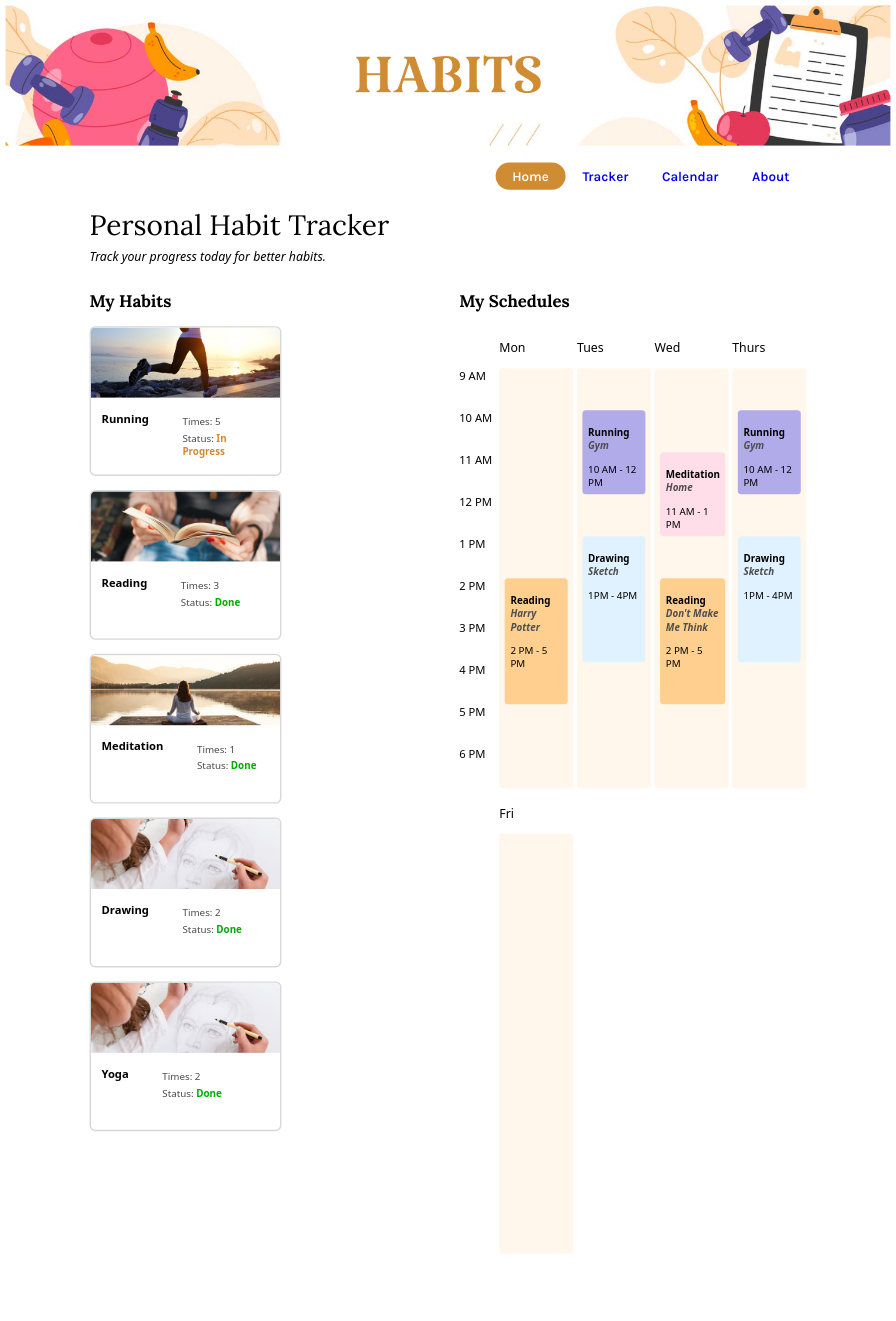
Repository: SandyLy453/habit-tracker
Page: http://localhost/
The author's editor kept a copy of each file at every save. The page is drawn from the files as they stood at one save, then again after the next save.
The browser window is 1280 px wide. The pictures show the whole page, at 70% of full size.
The page is served by the project's Node server (server.js).

Above is the page before, as saved 2025-03-14 21:00:54.

After the next save:
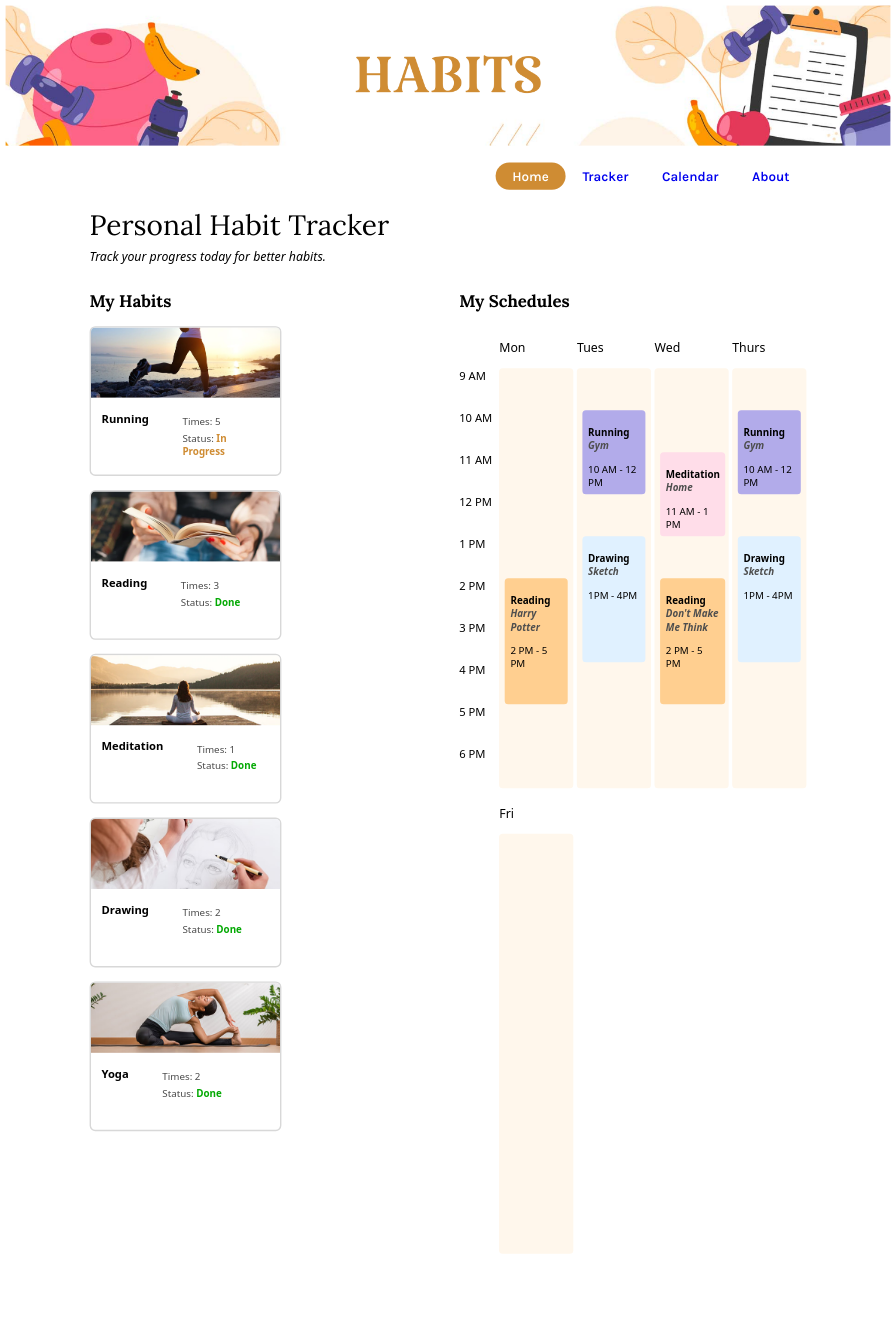
Saved 3 min 25 s later.
--- a/views/pages/home.ejs
+++ b/views/pages/home.ejs
@@ -66,7 +66,7 @@
                     </div>
                 </div>
                 <div class="card">
-                    <img src="/images/drawing.png" alt="Yoga Image" />
+                    <img src="/images/yoga.png" alt="Yoga Image" />
                     <div class="habit">
                         <h3>Yoga</h3>
                         <div class="details">
